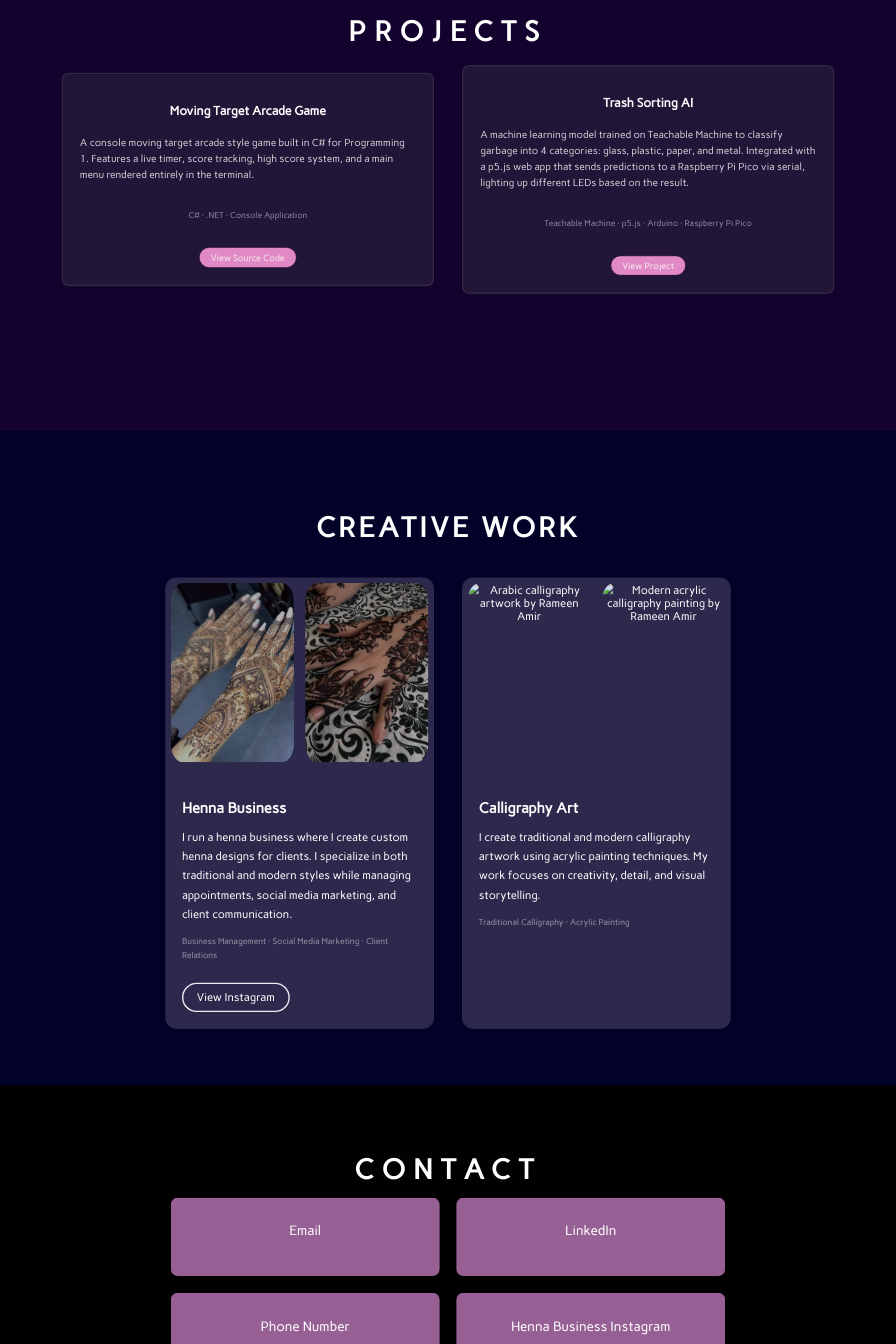
Repository: Rameen-A/Rameen-A
Page: index.html
These files come from the project's save history. The page is drawn as it stood at one moment and after the next save; the edit follows.
The browser window is 1280 px wide. The pictures show the part of the page from y = 1707 to 3627 px (the page is 3867 px tall), at 70% of full size.

Above is the page before, as saved 2026-05-15 19:15:12.
Not found: assets/images/bluecalligraphy.jpg
Not found: assets/images/pinkcalligraphy.jpg

### index.html
<!DOCTYPE html>
<html lang="en">
  <head>
    <meta charset="UTF-8" />
    <meta name="viewport" content="width=device-width, initial-scale=1.0" />
    <title>Rameen's Portfolio</title>
    <link rel="stylesheet" href="./styles/globals.css" />
    <link rel="stylesheet" href="./styles/index.css" />
  </head>
  <body>
    <nav class="sidebar">
      <ul class="menu">
        <li><a href="#about">About me</a></li>
        <li><a href="#projects">Projects</a></li>
        <li><a href="#creativework">Creative Work</a></li>
        <li><a href="#contact">Contact</a></li>
      </ul>
    </nav>
    <!-- Hero Section -->
    <main>
      <section class="hero">
        <article>
          <h1>Rameen Amir</h1>
          <h3>Computer Science student | Business Artist</h3>
          <a href="#projects">View Projects</a>
        </article>
      </section>
      <!-- About Me Section -->
      <section class="about" id="about">
        <img
          src="assets/images/rameenPFP.jpg"
          alt="Profile Picture Of Rameen"
        />
        <!-- !my image doesnt have srcset - will add in the end -->
        <!-- !need an svg for menu bar and other spots - will end in the end-->

        <div class="about-content">
          <h2 class="aboutMe">About Me</h2>
          <p>
            I am a Computer Science student with a passion for business and
            creating. I have experience in c# and UI, project and management.
            Along with CS, i have interest in art and run a henna business. I
            love creating art and calligraphy. I am always looking for new
            opportunities to learn and grow in both fields.
          </p>
          <p class="tools-labels">Tools & Technologies:</p>
          <ul class="tools-list">
            <li>Python</li>
            <li>JavaScript</li>
            <li>C#</li>
            <li>HTML</li>
            <li>CSS</li>
          </ul>
        </div>
      </section>
      <!-- Projects Section -->
      <section class="projects" id="projects">
        <h2>Projects</h2>
        <div class="cards">
          <article class="card">
            <h3>Moving Target Arcade Game</h3>
            <p>
              A console moving target arcade style game built in C# for
              Programming 1. Features a live timer, score tracking, high score
              system, and a main menu rendered entirely in the terminal.
            </p>
            <p class="tech">C# · .NET · Console Application</p>
            <a href="./pages/project-MovingTarget-1.html" target="_blank"
              >View Source Code</a
            >
          </article>
          <article class="card">
            <h3>Trash Sorting AI</h3>
            <p>
              A machine learning model trained on Teachable Machine to classify
              garbage into 4 categories: glass, plastic, paper, and metal.
              Integrated with a p5.js web app that sends predictions to a
              Raspberry Pi Pico via serial, lighting up different LEDs based on
              the result.
            </p>
            <p class="tech">
              Teachable Machine · p5.js · Arduino · Raspberry Pi Pico
            </p>
            <a href="./pages/project-TrashSorting-2.html" target="_blank"
              >View Project</a
            >
          </article>
        </div>
      </section>
      <!-- Creative Work Section -->
      <section class="creative-work" id="creativework">
        <h2>Creative Work</h2>

        <div class="creative-cards">
          <!-- HENNA -->
          <article class="creative-card">
            <div class="creative-images">
              <!--! need to compress images-->
              <!--! need use srcset for images-->
              <img
                src="./assets/images/henna1.jpg"
                alt="Bridal henna design created by Rameen Amir"
              />

              <img
                src="./assets/images/henna2.jpg"
                alt="Detailed hand henna artwork by Rameen Amir"
              />
            </div>

            <div class="creative-content">
              <h3>Henna Business</h3>

              <p>
                I run a henna business where I create custom henna designs for
                clients. I specialize in both traditional and modern styles
                while managing appointments, social media marketing, and client
                communication.
              </p>

              <p class="creative-tech">
                Business Management · Social Media Marketing · Client Relations
              </p>

              <a
                href="https://www.instagram.com/henna_byrameen?igsh=OGZzczk1ZWl6bW9p"
                target="_blank"
                rel="noopener noreferrer"
              >
                View Instagram
              </a>
            </div>
          </article>

          <!-- CALLIGRAPHY -->
          <article class="creative-card">
            <div class="creative-images">
              <img
                src="./assets/images/bluecalligraphy.jpg"
                alt="Arabic calligraphy artwork by Rameen Amir"
              />

              <!--! need to compress images-->
              <!--! need use srcset for images-->

              <img
                src="./assets/images/pinkcalligraphy.jpg"
                alt="Modern acrylic calligraphy painting by Rameen Amir"
              />
            </div>

            <div class="creative-content">
              <h3>Calligraphy Art</h3>

              <p>
                I create traditional and modern calligraphy artwork using
                acrylic painting techniques. My work focuses on creativity,
                detail, and visual storytelling.
              </p>

              <p class="creative-tech">
                Traditional Calligraphy · Acrylic Painting
              </p>
            </div>
          </article>
        </div>
      </section>

      <!-- CONTACT Section -->
      <section id="contact" class="contact">
        <h2 id="contact">Contact</h2>
        <div class="contact-cards">
          <div class="contact-card">
            <p class="contact-label">Email</p>
            <a href="mailto:rameenamir.ca@gmail.com" target="_blank"
              >rameenamir.ca@gmail.com</a
            >
          </div>

          <div class="contact-card">
            <p class="contact-label">LinkedIn</p>
            <a
              href="https://www.linkedin.com/in/rameen-amir-5a9912349/"
              target="_blank"
              >Rameen Amir</a
            >
          </div>
          <div class="contact-card">
            <p class="contact-label">Phone Number</p>
            <a href="tel:5145617912">514-561-7912</a>
          </div>
          <div class="contact-card">
            <p class="contact-label">Henna Business Instagram</p>
            <a
              href="https://www.instagram.com/henna_byrameen?igsh=OGZzczk1ZWl6bW9p"
              target="_blank"
              >Henna_byrameen</a
            >
          </div>
          <div class="contact-card">
            <p class="contact-label">CV</p>
            <a href="assets/images/rameen cv 26.png" target="_blank">View CV</a>
          </div>
        </div>
      </section>
    </main>
  </body>
</html>

### styles/globals.css
/* FONT DEFS */
@font-face {
  font-family: "main font";
  src: url(../assets/fonts/Carme/Carme-Regular.ttf);
}

/* CROSS PAGE STYLES */
body {
  color: white;
  font-family: "main font", Verdana, sans-serif;
  margin: 0;
}

h1 {
  font-weight: bold;
  text-transform: uppercase;
  font-size: 1.75rem;
}
h3 {
  font-size: 1.3rem;
}

a {
  text-decoration: none;
  color: white;
  font-size: 1rem; /*! too small*/
}
ul {
  list-style: none;
  padding: 0;
  margin: 0;
}
a:hover {
  text-decoration: underline;
}
@media (min-width: 768px) {
  h1 {
    font-size: 2.5rem;
  }
  h3 {
    font-size: 1.5rem;
  }

  a {
    font-size: 1rem;
  }
}

### styles/index.css
body {
  margin: 0;
  background-color: black;
}

.hero {
  display: flex;
  align-items: center;
  justify-content: center;
  text-align: center;
  height: 100vh;

  background-image: url(../assets/images/getsitecontrol__compress-gif__free.gif);
  background-size: cover;
  background-position: center;
  background-repeat: no-repeat;
}
.hero a,
.card a {
  border: 2px solid rgb(235, 223, 223);
  padding: 0.5rem;
  border-radius: 20px;
  background-color: rgb(224, 137, 198);
  color: rgb(248, 239, 239);
  text-decoration: none;
}
article {
  opacity: 1;
}

/*menu bar */
.menu {
  background: rgba(0, 0, 0, 0.9);
  display: flex;
  flex-direction: row;
  justify-content: flex-end;
}

/* ABOUT ME  */
.about {
  display: flex;
  align-items: center;
  justify-content: center;
  min-height: 100vh;
  text-align: center;

  gap: 2.5rem;
  flex-direction: column;

  background-color: rgb(29, 2, 46);
}
.about h2 {
  font-size: 1.75rem;
  margin-bottom: 1rem;
  letter-spacing: 0.3em;
  text-transform: uppercase;
}
.about-content {
  display: flex;
  flex-direction: column;
  align-items: center;
  gap: 1rem;
  margin: 0 1rem;
  width: 100%;
  max-width: 90%;
  text-align: left;
  line-height: 1.8;
  font-size: 1rem;
}
.about img {
  width: 13rem;
  height: 10rem;

  object-fit: cover;
  border-radius: 50%;

  border: 4px solid rgb(91, 57, 101);
}
.about-list li {
  font-size: 0.95rem;
  line-height: 1.5;
}

.tools-labels {
  font-size: 0.8rem;
  text-transform: uppercase;
  letter-spacing: 0.08em;
  text-align: left;
  margin-bottom: 0.5rem;
}
.tools-list {
  display: flex;
  flex-wrap: wrap; /* allows items to wrap / internet*/
  gap: 1rem;
  text-align: left;
  justify-content: center;
}
.tools-list li {
  background-color: rgb(64, 36, 83);
  border: 1px solid rgba(255, 255, 255, 0.2);
  border-radius: 20px;
  padding: 0.3rem 0.85rem;
  font-size: 0.8rem;
}
/*PROJECTS*/
.projects {
  display: flex;
  justify-content: center;
  min-height: 100vh;
  background-color: rgb(19, 2, 45);
  align-items: center;
  padding-top: 4rem;
  padding-bottom: 3rem;
  flex-direction: column;
}
.projects h2 {
  font-size: 1.75rem;
  margin-bottom: 1rem;
  letter-spacing: 0.3em;
  text-transform: uppercase;
}

.cards {
  display: flex;
  flex-direction: column;
  gap: 1.5rem;
  align-items: center;
  margin: 0 1rem;
  width: 100%;
  max-width: 90%;
  text-align: left;
}
.card {
  background-color: #211538;
  border: 2px solid rgba(201, 187, 196, 0.1);
  border-radius: 10px;
  padding: 1.5rem;
  text-align: left;
  display: flex;
  flex-direction: column;
  align-items: center;
  gap: 1rem;
  margin: 0.5rem;
}

.card:hover {
  border-color: rgba(244, 243, 243, 0.4);
}

.card h3 {
  font-size: 1.1rem;
  margin-bottom: 0.5rem;
}

.card p {
  font-size: 0.9rem;
  line-height: 1.6;
  opacity: 0.8;
  margin: 0 0 0.5rem 0;
}

.card .tech {
  font-size: 0.75rem;
  opacity: 0.5;
  margin: 0.75rem 0;
}

.card a {
  display: inline-block;
  border: 1px solid rgb(22, 1, 31);
  padding: 0.4rem 1rem;
  border-radius: 20px;
  font-size: 0.8rem;
  margin-top: 0.5rem;
}

.card a:hover {
  background-color: rgb(169, 119, 222);
  color: #eeeff1;
  text-decoration: none;
}

/*CREATIVE WORK*/
.creative-work {
  background-color: rgb(2, 2, 40);
  padding: 5rem 1rem;
  text-align: center;
}

.creative-work h2 {
  font-size: 1.75rem;
  margin-bottom: 3rem;
  letter-spacing: 0.3rem;
  text-transform: uppercase;
}

.creative-cards {
  display: flex;
  flex-direction: column;
  gap: 2.5rem;
  align-items: center;
}

.creative-card {
  background-color: #2c294d;
  border-radius: 1rem;
  overflow: hidden;
  width: 100%;
  max-width: 22rem;

  transition: transform 0.3s ease;
}
.creative-images {
  display: grid;
  grid-template-columns: 1fr 1fr;
  gap: 1rem;
  padding: 0.5rem;
}
.creative-images img {
  border-radius: 10%;
}
.creative-content a {
  display: inline-block;
  margin-top: 1rem;
  padding: 0.6rem 1.2rem;

  border: 2px solid rgb(237, 236, 243);
  border-radius: 2rem;

  transition: 0.3s ease;
}
.creative-card {
  display: flex;
  flex-direction: column;
}

.creative-content a:hover {
  background-color: rgb(115, 105, 173);
  border: 2px solid rgb(39, 31, 88);
  color: rgb(255, 255, 255);
  text-decoration: none;
}
.creative-card img {
  width: 100%;
  height: 16rem;
  object-fit: cover;
  display: block;
}

.creative-content {
  padding: 1.5rem;
  text-align: left;
}

.creative-content h3 {
  margin-bottom: 1rem;
  font-size: 1.3rem;
}

.creative-content p {
  line-height: 1.7;
}
.creative-tech {
  font-size: 0.75rem;
  opacity: 0.5;
  margin: 0.75rem 0;
}
/*CONTACT PAGE*/
.contact {
  display: flex;
  flex-direction: column;
  align-items: center;

  padding-bottom: 6rem;
  padding: 4rem 1rem;

  background-color: rgb(2, 0, 0);
}
.contact p {
  font-size: 1.2rem;
}
.contact h2 {
  font-size: 1.75rem;
  margin-bottom: 1rem;
  letter-spacing: 0.3em;
  text-transform: uppercase;
}
.contact-cards {
  display: flex;
  flex-direction: column;
  gap: 1.5rem;

  width: 100%;
  max-width: 90%;

  margin: 0 auto;
  align-items: center;
}
.contact-card {
  background-color: #976095;
  padding: 1rem;
  border-radius: 10px;
  text-align: center;
  position: relative;
  overflow: hidden;
  width: 100%;
  max-width: 22rem;
}

.hover-text {
  position: absolute;
  inset: 0; /* fills the card */

  display: flex;
  align-items: center;
  justify-content: center;

  opacity: 0;
  transition: opacity 0.3s ease;
}
.contact-card:hover {
  transform: translateY(-8px);
  transition: transform 0.3s ease;
  border: 4px solid rgb(171, 133, 157);
}
.contact-card a {
  opacity: 0;
  transition: opacity 0.3s ease;
  display: block;
  margin-top: 0.5rem;
  background-color: #e28ed1;
  font-size: 1rem;
}
.contact-card:hover a {
  opacity: 1;
  background-color: #d07ec1;

  font-size: 1rem;
}

.contact-card:hover .hover-text {
  opacity: 1;
}
.contact-card .label {
  font-size: 1rem;
  text-transform: uppercase;
}

/* nav mods */
nav {
  position: sticky;
  top: 0;
}

nav ul {
  display: flex;
  justify-content: flex-end;
  margin: 0rem;
}

nav ul li {
  list-style: none;
  margin: 1rem;
}

/* Mobile-first navigation */
nav ul {
  justify-content: center;
}

/* Tablet and desktop layouts */
@media (min-width: 768px) {
  nav ul {
    justify-content: flex-end;
  }

  .about {
    gap: 3rem;
    text-align: left;
    flex-direction: row;
    text-align: left;
  }
  .card {
    max-width: 30rem;
  }

  .cards {
    flex-direction: row;
    flex-wrap: wrap;
    justify-content: center;
  }
  .creative-cards {
    flex-direction: row;
    justify-content: center;
    align-items: stretch;
    flex-wrap: wrap;
  }

  .creative-card {
    max-width: 24rem;
  }

  .creative-work h2 {
    font-size: 2.5rem;
  }

  .contact-cards {
    flex-direction: row;
    flex-wrap: wrap;
    justify-content: center;
  }

  .about h2,
  .projects h2,
  .contact h2 {
    font-size: 2.5rem;
  }
  .hero h1 {
    font-size: 3rem;
  }

  .hero h3 {
    font-size: 1.5rem;
  }
}

After the next save:
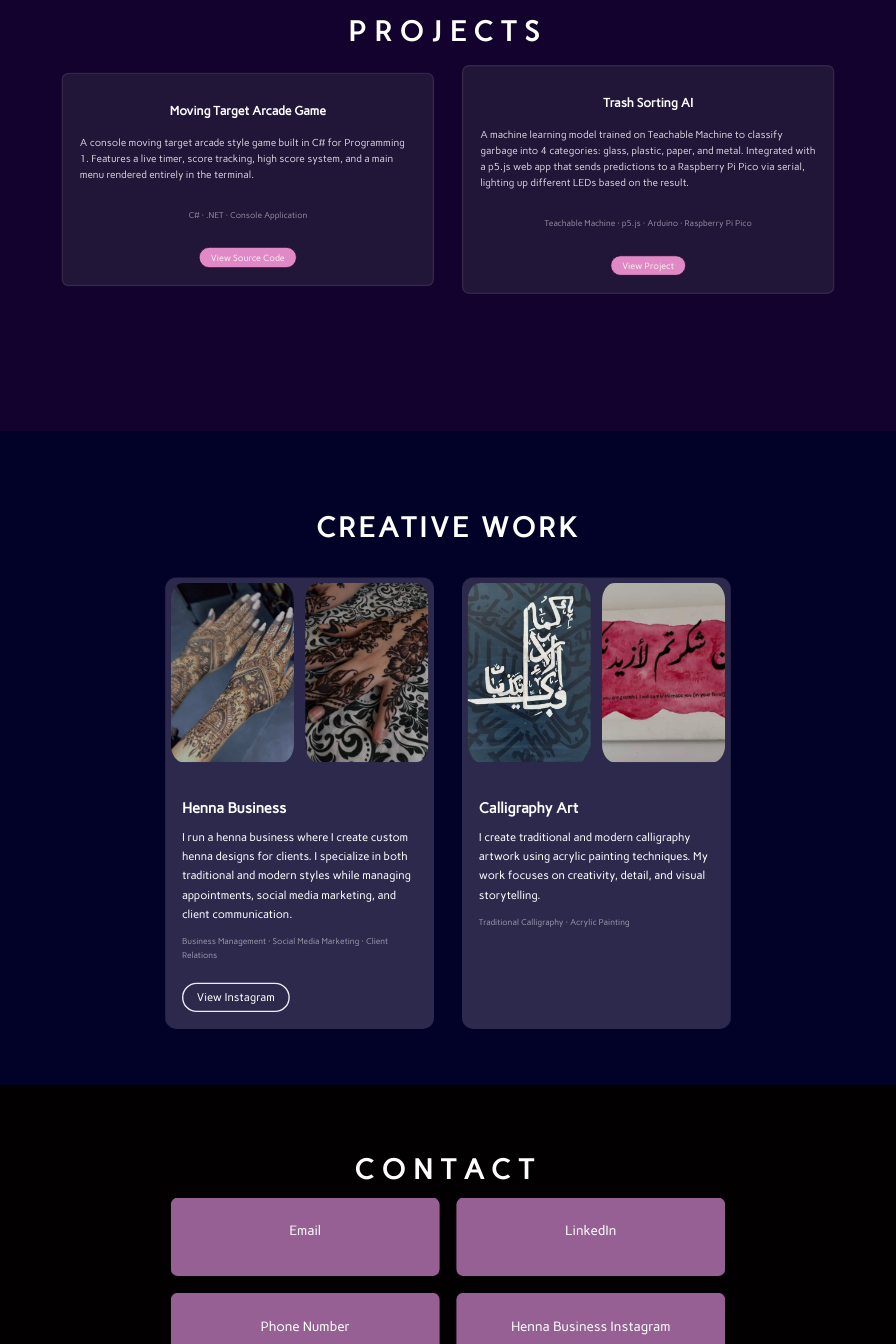
Saved 3 min 33 s later.
--- a/index.html
+++ b/index.html
@@ -136,7 +136,7 @@
           <article class="creative-card">
             <div class="creative-images">
               <img
-                src="./assets/images/bluecalligraphy.jpg"
+                src="./assets/images/bluecalligraphy.png"
                 alt="Arabic calligraphy artwork by Rameen Amir"
               />
 
@@ -144,7 +144,7 @@
               <!--! need use srcset for images-->
 
               <img
-                src="./assets/images/pinkcalligraphy.jpg"
+                src="./assets/images/pinkcalligraphy.png"
                 alt="Modern acrylic calligraphy painting by Rameen Amir"
               />
             </div>
